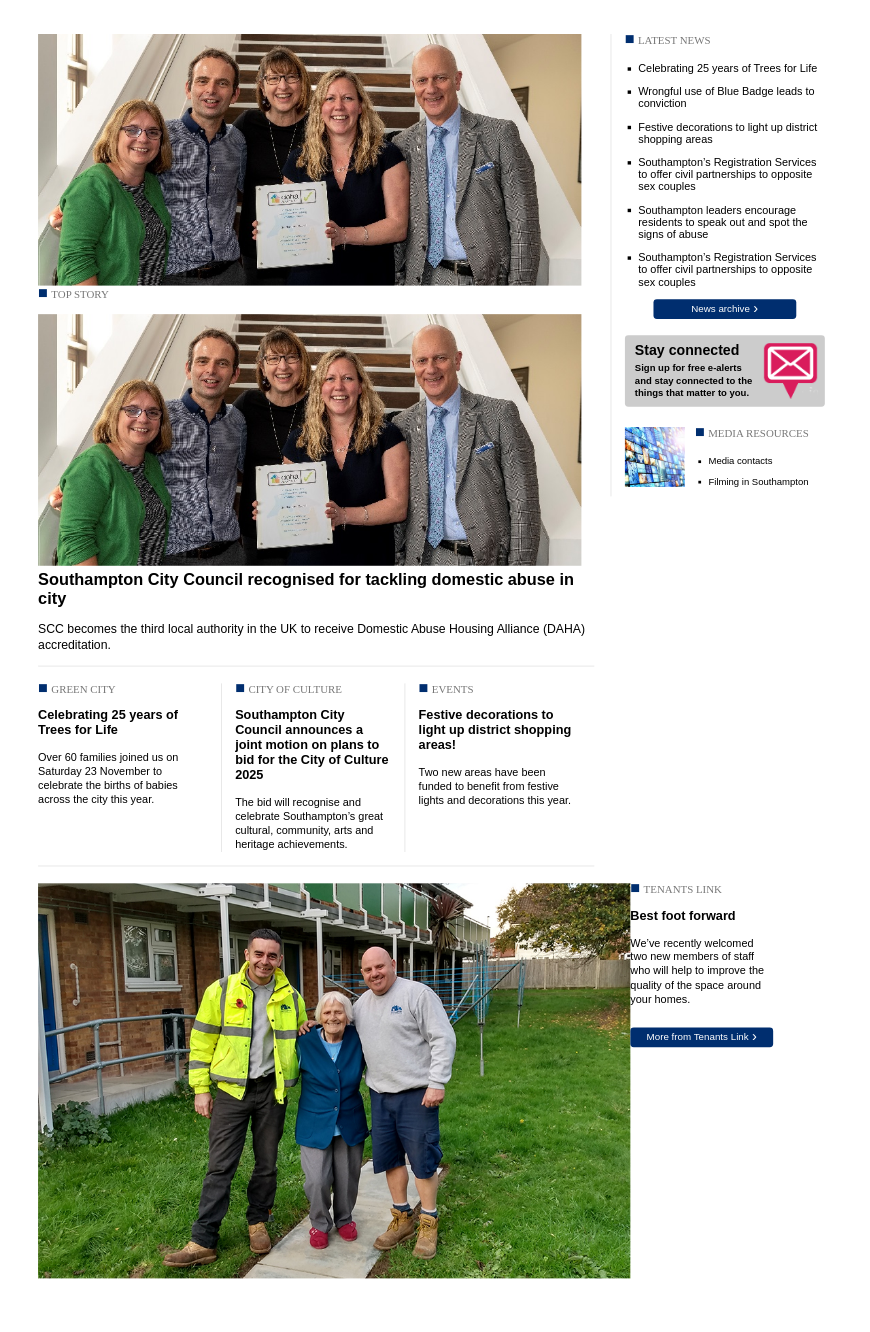
Repository: Domehead123/newspage
Page: index.html
The author's editor kept a record of every edit. The page is drawn from the files as they stood at one moment, then again after the next edit.
The browser window is 1280 px wide. The pictures show the whole page, at 68% of full size.
Some web libraries are served in a nearby version.

Above is the page before.

After the next edit:
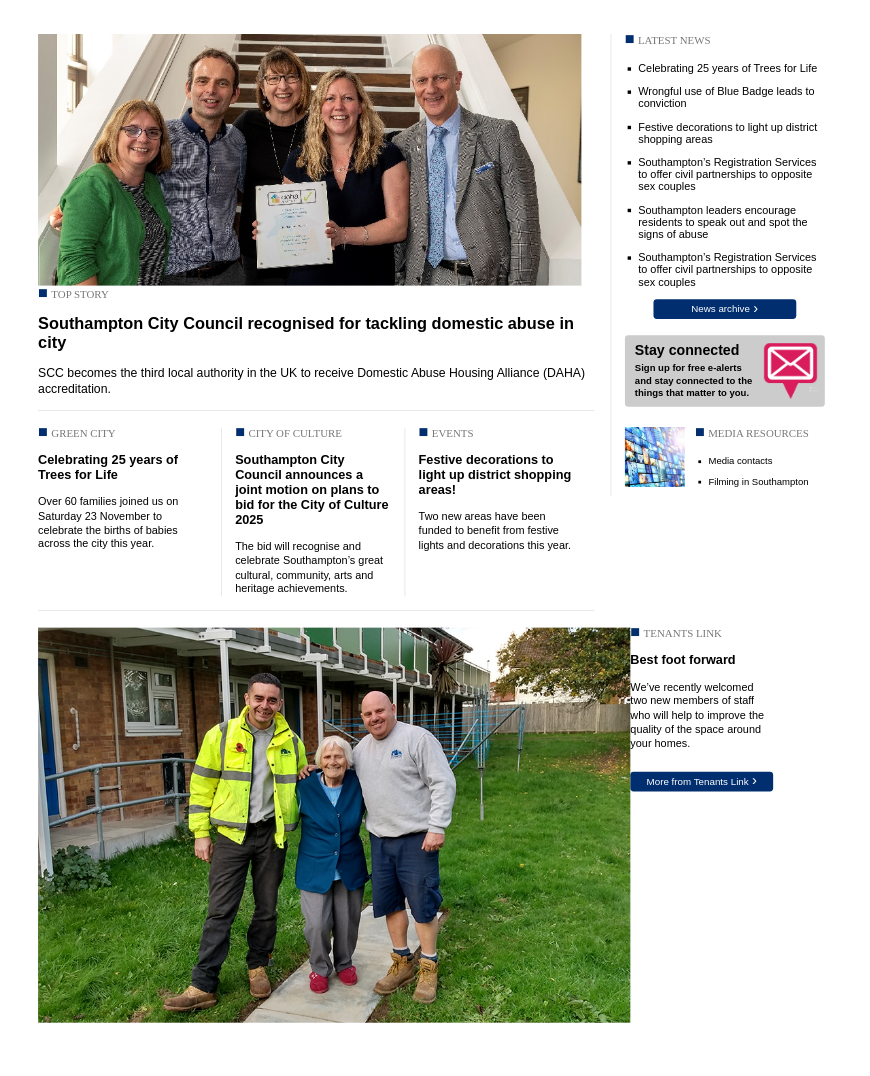
The edit:
--- a/index.html
+++ b/index.html
@@ -24,7 +24,7 @@
                     <div class="subject-header">TOP STORY</div>
 
 
-                    <h2><a href="#"><img class="small-pic" src="images/DAHA.jpg">
+                    <h2><a href="#">
 
 Southampton City Council recognised for tackling domestic abuse in city</a></h2>
                     <p><a href="#">SCC becomes the third local authority in the UK to receive Domestic Abuse Housing Alliance (DAHA) accreditation.</a></p>
